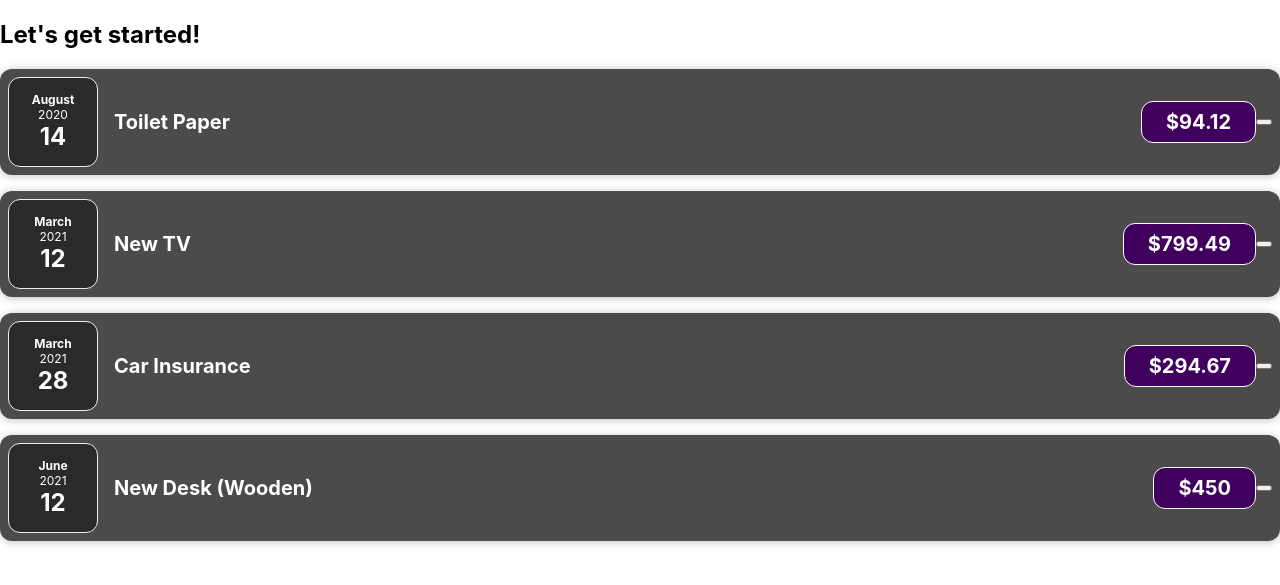
Repository: masamichan/react-complete-guide
Page: /
These files come from the project's save history. The page is drawn as it stood at one moment and after the next save; the edit follows.
The browser window is 1280 px wide. The pictures show the whole page.
The project was rebuilt for these pictures with package versions that can differ from the ones it lists, and the page was loaded fresh each time. Also part of the build but not shown: src/App.css.

Above is the page before, as saved 2023-03-26 13:48:32.

After the next save:
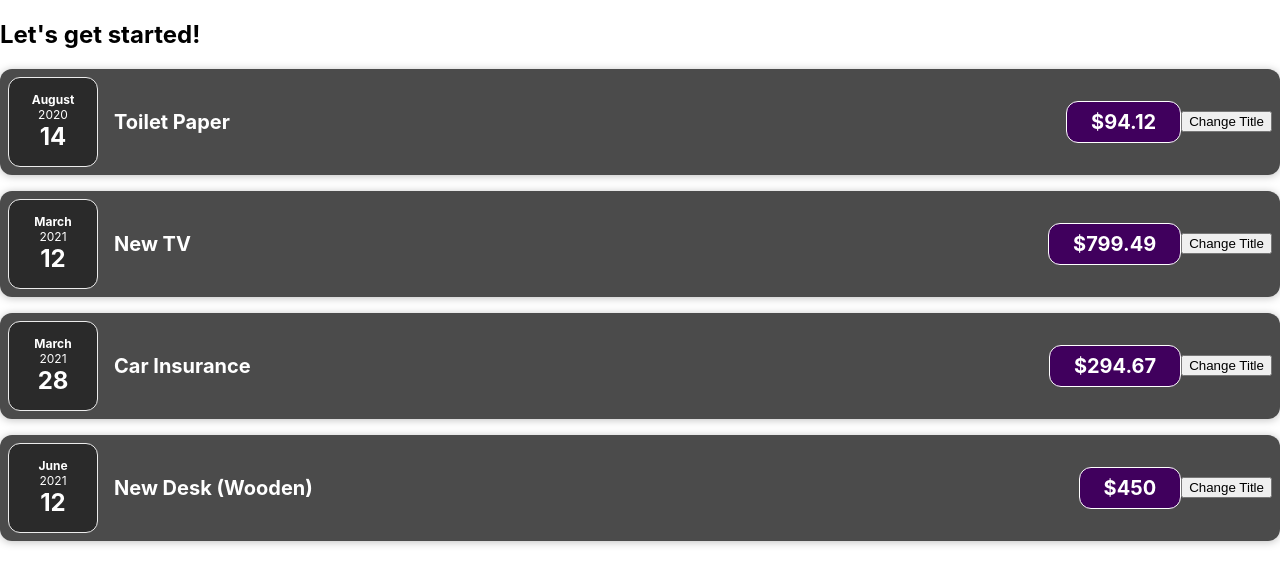
Saved 31 s later.
--- a/src/components/Expense/ExpenseItem.js
+++ b/src/components/Expense/ExpenseItem.js
@@ -10,7 +10,7 @@ const ExpenseItem = (props) => {
         <h2>{props.title}</h2>
         <div className="expense-item__price">${props.amount}</div>
       </div>
-      <button></button>
+      <button>Change Title</button>
     </Card>
   );
 };
